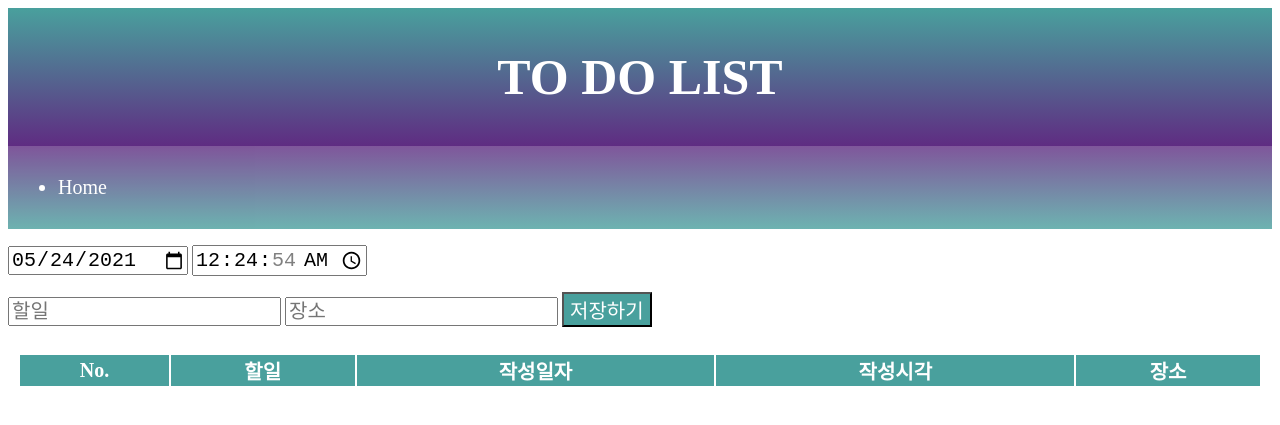
Repository: kimyoungjin98/Exam_Project
Page: http://localhost/Server_PR_TodoList/
The author's editor kept a copy of each file at every save. The page is drawn from the files as they stood at one save, then again after the next save.
The browser window is 1280 px wide. The pictures show the whole page.
Some web fonts or font styles are not loaded; a fallback is used. The page is served by Tomcat 9. Other server files are loaded and not shown. Queries for data that is not in the repository find no rows.

Above is the page before, as saved 2021-05-25 01:02:26.

### Server_PR_TodoList/src/main/webapp/WEB-INF/views/home.jsp
<%@ page language="java" contentType="text/html; charset=UTF-8"
    pageEncoding="UTF-8"%>
<%@ taglib uri="http://java.sun.com/jsp/jstl/core" prefix="c"%>
<c:set value="${pageContext.request.contextPath}" var="rootPath" />
<!DOCTYPE html>
<html>

<head>
<meta charset="UTF-8">
<title>어서오세요</title>
</head>
<script>
document.addEventListener("DOMContentLoaded",function(ev){

	document.querySelector("table")
	.addEventListener("click", function(ev){

		let tag = ev.target.tagName

		if(tag == "TD"){

			let seq = ev.target.closest("TR").dataset.seq

			document.location.href="${rootPath}/todo/view?td_seq=" + seq

		}

	})

})


</script>
<style>


@import url('https://fonts.googleapis.com/css2?family=Nanum+Gothic+Coding:wght@700&family=Roboto+Slab:wght@600&display=swap');
.jm-font {
		font-family: 'Nanum Gothic Coding', monospace;
		font-family: 'Roboto Slab', serif;
	}


table {
	width:100%;
	text-align: center;
	margin:3px auto;
	font-size:20px;
	padding:10px;
	font-weight: bolder;

}

table td{
	cursor:pointer;
	padding:5-%;


}

table td:hover{
	background-color: #49a09d;
	opacity: 0.5;
}

table div{
	border:1px solid #49a09d;
	outline:1px solid #49a09d;
}

table th{
	background-color:#49a09d;
	color:white;

}


</style>
<body>

	<%@ include file="/WEB-INF/views/banner.jsp" %>
	<p>
	<%@ include file="/WEB-INF/views/write.jsp" %>
	<p>
		<table>
		<div>
		<th>No.</th>
		<th>할일</th>
		<th>작성일자</th>
		<th>작성시각</th>
		<th>장소</th>
		</div>

		<c:forEach items="${TDLIST}" var="TD" varStatus="index">
			<tr data-seq="${TD.td_seq}">
				<td>${index.count}</td>
				<td>${TD.td_content}</td>
				<td>${TD.td_date}</td>
				<td>${TD.td_time}</td>
				<td>${TD.td_place}</td>
			</tr>

		</c:forEach>

	</table>

</body>
</html>

### Server_PR_TodoList/src/main/webapp/WEB-INF/views/banner.jsp
<%@ page language="java" contentType="text/html; charset=UTF-8"
    pageEncoding="UTF-8"%>
<%@ taglib uri="http://java.sun.com/jsp/jstl/core" prefix="c"%>
<c:set value="${pageContext.request.contextPath}" var="rootPath" />
<!DOCTYPE html>
<html>
<head>
<meta charset="UTF-8">
<title>Insert title here</title>
</head>
<style>
@import url('https://fonts.googleapis.com/css2?family=Nanum+Gothic+Coding:wght@700&family=Roboto+Slab:wght@600&display=swap');
.jm-font {
		font-family: 'Nanum Gothic Coding', monospace;
		font-family: 'Roboto Slab', serif;
	}


h1 {
	margin:auto;
	text-align: center;
	font-size:50px;
	background:linear-gradient(to top, #5f2c82, #49a09d);
	color:white;
	padding:40px;
}

nav {
	background:linear-gradient(to bottom, #5f2c82, #49a09d);
	opacity: 0.8;
	color:white;
	padding:10px;
	margin:auto;
	font-size:20px;

}


</style>
<body>
	<h1>TO DO LIST</h1>

	<nav>
	<ul>
	<li>Home</li>
	</ul>


	</nav>
</body>
</html>

### Server_PR_TodoList/src/main/webapp/WEB-INF/views/write.jsp
<%@ page language="java" contentType="text/html; charset=UTF-8"
    pageEncoding="UTF-8"%>
<%@ taglib uri="http://java.sun.com/jsp/jstl/core" prefix="c"%>
<c:set value="${pageContext.request.contextPath}" var="rootPath" />
<!DOCTYPE html>
<html>
<head>
<meta charset="UTF-8">
<title>Insert title here</title>
</head>
<script type="text/javascript">
document.addEventListener("DOMContentLoaded", function(ev){
	document.querySelector("button")
	.addEventListener("click",function(ev){

		let name = ev.target.className

		let td_date = document.querySelector("input[name='td_date']")
		let td_time = document.querySelector("input[name='td_time']")
		let td_content = document.querySelector("input[name='td_content']")
		let td_place = document.querySelector("input[name='td_place']")

		if(td_content.value == ""){

			alert("할일을 입력하세요 !")

			return false;
			}

			document.querySelector("form").submit();

	})

})

</script>
<style>

@import url('https://fonts.googleapis.com/css2?family=Nanum+Gothic+Coding:wght@700&family=Roboto+Slab:wght@600&display=swap');
.jm-font {
		font-family: 'Nanum Gothic Coding', monospace;
		font-family: 'Roboto Slab', serif;
	}

	label{
		font-size:20px;
	}

	input{
		font-size:20px;
	}

	button{
		background-color: #49a09d;
		color:white;
		font-size:20px;
		cursor:pointer;
	}


</style>
<body>



	<form method="POST" class="1">

	<input name="td_date" placeholder="작성일자" type="date" value="${TD.td_date}">
	<input name="td_time" placeholder="작성시각" type="time" value="${TD.td_time}"><p>
	<input name="td_content" placeholder="할일" value="${TD.td_content}"></input>
	<input name="td_place" placeholder="장소" value="${TD.td_place}">

		<button type="button">저장하기</button>
	</form>

</body>
</html>

### Server_PR_TodoList/src/main/java/com/callor/todo/controller/HomeController.java
package com.callor.todo.controller;

import java.io.IOException;
import java.text.SimpleDateFormat;
import java.util.Date;
import java.util.List;

import javax.servlet.ServletException;
import javax.servlet.annotation.WebServlet;
import javax.servlet.http.HttpServlet;
import javax.servlet.http.HttpServletRequest;
import javax.servlet.http.HttpServletResponse;

import com.callor.todo.model.TodoVO;
import com.callor.todo.service.TodoService;
import com.callor.todo.service.impl.TodoServiceImplV1;

@WebServlet("/")
public class HomeController extends HttpServlet{

	protected TodoService tdService;

	public HomeController() {

		tdService = new TodoServiceImplV1();

	}

	@Override
	protected void doGet(HttpServletRequest req, HttpServletResponse resp) throws ServletException, IOException {


		List<TodoVO> tdList = tdService.selectAll();

		req.setAttribute("TDLIST", tdList);

		SimpleDateFormat sDate = new SimpleDateFormat("yyyy-MM-dd");
		SimpleDateFormat sTime = new SimpleDateFormat("HH:mm:ss");
		Date date = new Date(System.currentTimeMillis());

		TodoVO tdVO = new TodoVO();

		tdVO.setTd_date(sDate.format(date));
		tdVO.setTd_time(sTime.format(date));

		req.setAttribute("TD", tdVO);

		ReqController.forward(resp, req, "home");

	}

	@Override
	protected void doPost(HttpServletRequest req, HttpServletResponse resp) throws ServletException, IOException {


		req.setCharacterEncoding("UTF-8");

		String td_date = req.getParameter("td_date");
		String td_content = req.getParameter("td_content");
		String td_time = req.getParameter("td_time");
		String td_place = req.getParameter("td_place");

		TodoVO tdVO = new TodoVO();

		tdVO.setTd_content(td_content);
		tdVO.setTd_date(td_date);
		tdVO.setTd_place(td_place);
		tdVO.setTd_time(td_time);

		tdService.insert(tdVO);

		System.out.println(tdVO.toString());

		resp.sendRedirect("/todo/");

	}

}

### Server_PR_TodoList/src/main/java/com/callor/todo/service/impl/TodoServiceImplV1.java
package com.callor.todo.service.impl;

import java.sql.Connection;
import java.sql.PreparedStatement;
import java.sql.ResultSet;
import java.sql.SQLException;
import java.util.ArrayList;
import java.util.List;

import com.callor.todo.config.DBConnect;
import com.callor.todo.model.TodoVO;
import com.callor.todo.service.TodoService;
import com.mysql.cj.x.protobuf.MysqlxPrepare.Prepare;

public class TodoServiceImplV1 implements TodoService {

	protected Connection dbConn;

	public TodoServiceImplV1() {

		dbConn = DBConnect.getDB();

	}

	protected List<TodoVO> select(PreparedStatement pStr) throws SQLException {

		List<TodoVO> tdList = new ArrayList<TodoVO>();
		ResultSet rSet = pStr.executeQuery();

		while (rSet.next()) {

			TodoVO tdVO = new TodoVO();

			tdVO.setTd_content(rSet.getString("td_content"));
			tdVO.setTd_date(rSet.getString("td_date"));
			tdVO.setTd_place(rSet.getString("td_place"));
			tdVO.setTd_time(rSet.getString("td_time"));
			tdVO.setTd_seq(rSet.getLong("td_seq"));
			tdList.add(tdVO);

		}

		return tdList;
	}

	@Override
	public List<TodoVO> selectAll() {
		// TODO Auto-generated method stub

		String sql = " SELECT * FROM tbl_todo ";

		PreparedStatement pStr = null;

		try {

			pStr = dbConn.prepareStatement(sql);
			List<TodoVO> tdList = this.select(pStr);


			return tdList;

		} catch (SQLException e) {
			// TODO Auto-generated catch block
			e.printStackTrace();
		}

		return null;
	}

	@Override
	public TodoVO findById(Long td_seq) {
		// TODO Auto-generated method stub

		String sql = " SELECT * FROM tbl_todo ";
		sql += " WHERE td_seq = ? ";

		PreparedStatement pStr = null;

		try {
			pStr = dbConn.prepareStatement(sql);
			pStr.setLong(1, td_seq);

			List<TodoVO> tdList = this.select(pStr);

			if(tdList != null && tdList.size() > 0) {

				return tdList.get(0);
			}

		} catch (SQLException e) {
			// TODO Auto-generated catch block
			e.printStackTrace();
		}

		return null;
	}

	@Override
	public Integer insert(TodoVO tdVO) {
		// TODO Auto-generated method stub

		String sql = " INSERT INTO tbl_todo ";
		sql += " (td_content, td_date, td_time, td_place) ";
		sql += " VALUES(?,?,?,?) ";

		PreparedStatement pStr = null;

		try {
			pStr = dbConn.prepareStatement(sql);
			pStr.setString(1, tdVO.getTd_content());
			pStr.setString(2, tdVO.getTd_date());
			pStr.setString(3, tdVO.getTd_time());
			pStr.setString(4, tdVO.getTd_place());

			return pStr.executeUpdate();



		} catch (SQLException e) {
			// TODO Auto-generated catch block
			e.printStackTrace();
		}

		return null;
	}

	@Override
	public Integer update(TodoVO tdVO) {
		// TODO Auto-generated method stub

		String sql = " UPDATE tbl_todo SET ";
		sql += " td_content = ?, ";
		sql += " td_date = ?, ";
		sql += " td_time = ?, ";
		sql += " td_place = ? ";
		sql += " WHERE td_seq = ? ";

		PreparedStatement pStr = null;

		try {
			pStr = dbConn.prepareStatement(sql);
			pStr.setString(1, tdVO.getTd_content());
			pStr.setString(2, tdVO.getTd_date());
			pStr.setString(3, tdVO.getTd_time());
			pStr.setString(4, tdVO.getTd_place());
			pStr.setLong(5, tdVO.getTd_seq());


			return pStr.executeUpdate();


		} catch (SQLException e) {
			// TODO Auto-generated catch block
			e.printStackTrace();
		}

		return null;
	}

	@Override
	public Integer delete(Long td_seq) {
		// TODO Auto-generated method stub

		String sql = " DELETE FROM tbl_todo ";
		sql += " WHERE td_seq = ? ";

		PreparedStatement pStr = null;

		try {
			pStr = dbConn.prepareStatement(sql);
			pStr.setLong(1, td_seq);

			return pStr.executeUpdate();
		} catch (SQLException e) {
			// TODO Auto-generated catch block
			e.printStackTrace();
		}



		return null;
	}

}

### Server_PR_TodoList/src/main/java/com/callor/todo/config/DBConnect.java
package com.callor.todo.config;

import java.sql.Connection;
import java.sql.DriverManager;
import java.sql.SQLException;

public class DBConnect {

	private static Connection dbConn;

	static {

		String driver = "com.mysql.cj.jdbc.Driver";
		String url = "jdbc:mysql://localhost:3306/todo";
		String user = "todoList";
		String pw = "1234";

		try {
			Class.forName(driver);

			if (dbConn == null) {
				dbConn = DriverManager.getConnection(url, user, pw);
			}

			System.out.println("DB 접속 성공");

		} catch (ClassNotFoundException e) {
			// TODO Auto-generated catch block
			e.printStackTrace();
		} catch (SQLException e) {
			// TODO Auto-generated catch block
			e.printStackTrace();
		}

	}

	public static Connection getDB() {

		return dbConn;
	}

}

### Server_PR_TodoList/src/main/java/com/callor/todo/model/TodoVO.java
package com.callor.todo.model;

import lombok.AllArgsConstructor;
import lombok.Getter;
import lombok.NoArgsConstructor;
import lombok.Setter;
import lombok.ToString;

@Getter
@Setter
@ToString
@AllArgsConstructor
@NoArgsConstructor
public class TodoVO {

	private Long td_seq;
	private String td_place;
	private String td_date;
	private String td_time;
	private String td_content;

}

### Server_PR_TodoList/src/main/java/com/callor/todo/controller/ReqController.java
package com.callor.todo.controller;

import java.io.IOException;

import javax.servlet.ServletException;
import javax.servlet.http.HttpServlet;
import javax.servlet.http.HttpServletRequest;
import javax.servlet.http.HttpServletResponse;

public class ReqController extends HttpServlet{

	public static void forward(HttpServletResponse res, HttpServletRequest req, String file) throws ServletException, IOException {

		String root = "/WEB-INF/views/" + file + ".jsp";

		req.getRequestDispatcher(root).forward(req, res);

	}

}

After the next save:
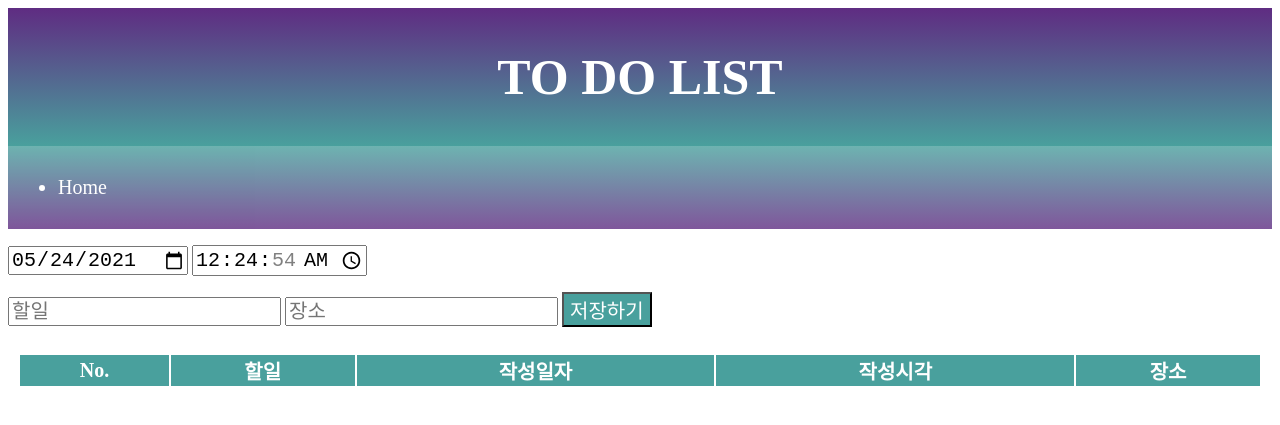
Saved 2 min 12 s later.
--- a/Server_PR_TodoList/src/main/webapp/WEB-INF/views/banner.jsp
+++ b/Server_PR_TodoList/src/main/webapp/WEB-INF/views/banner.jsp
@@ -20,13 +20,13 @@ h1 {
 	margin:auto;
 	text-align: center;
 	font-size:50px;
-	background:linear-gradient(to top, #5f2c82, #49a09d);
+	background:linear-gradient(to bottom, #5f2c82, #49a09d);
 	color:white;
 	padding:40px;
 }
 
 nav {
-	background:linear-gradient(to bottom, #5f2c82, #49a09d);
+	background:linear-gradient(to top, #5f2c82, #49a09d);
 	opacity: 0.8;
 	color:white;
 	padding:10px;
